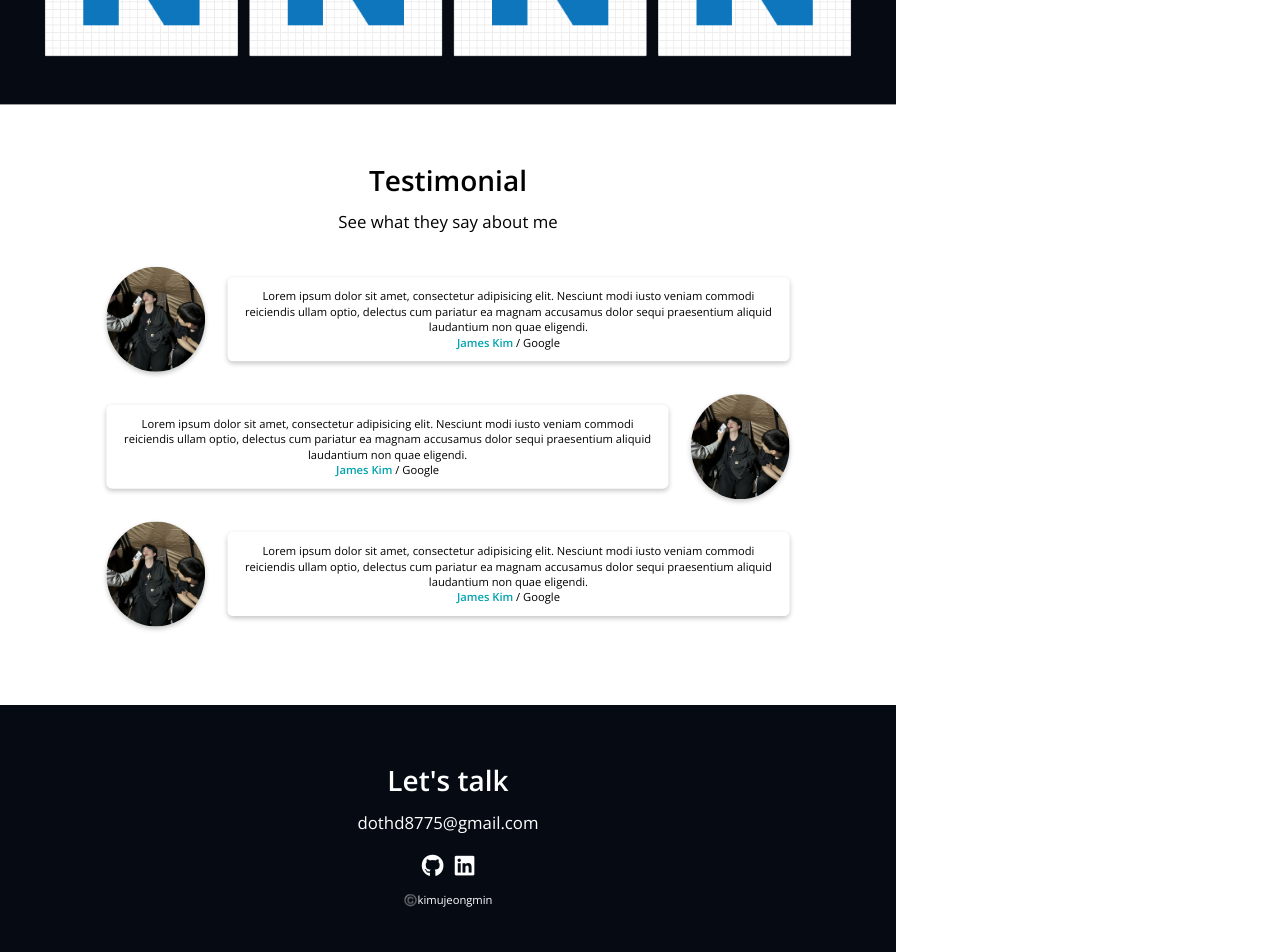
Repository: N1C0N1C0/Portfolio
Page: index.html
The author's editor kept a copy of each file at every save. The page is drawn from the files as they stood at one save, then again after the next save.
The browser window is 1280 px wide. The page is 1819 px wide, so the pictures cover 1819 px, including what lies to the right of the window. The pictures show the part of the page from y = 3103 to 4463 px (the page is 4463 px tall), at 70% of full size.
Some web libraries are served in a nearby version.

Above is the page before, as saved 2024-01-03 23:17:42.

After the next save:
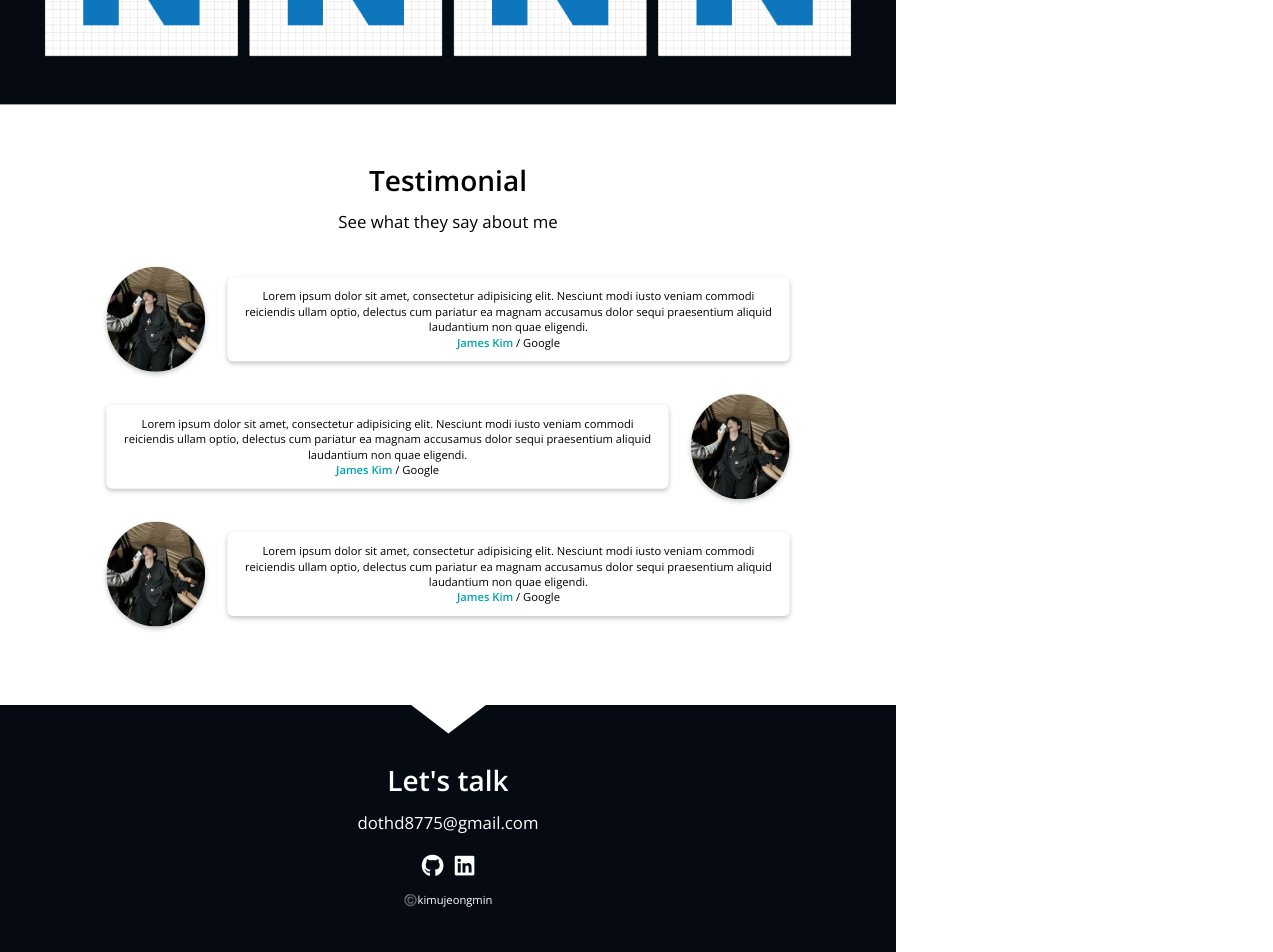
Saved 31 s later.
--- a/css/style.css
+++ b/css/style.css
@@ -508,18 +508,12 @@ button:focus {
     height: 90px;
     overflow: hidden;
     line-height: 0;
-}
-
-.contact__divider svg {
-    position: relative;
-    display: block;
-    width: calc(100% + 1.3px);
-    height: 90px;
-}
-
-.contact__divider .shape-fill {
-    fill: #FFFFFF;
-}
+    background-color: var(--color-white);
+    mask: var(--divider-arrow);
+    -webkit-mask: var(--divider-arrow);
+}
+
+
 
 .contact__links {
     display: flex;
